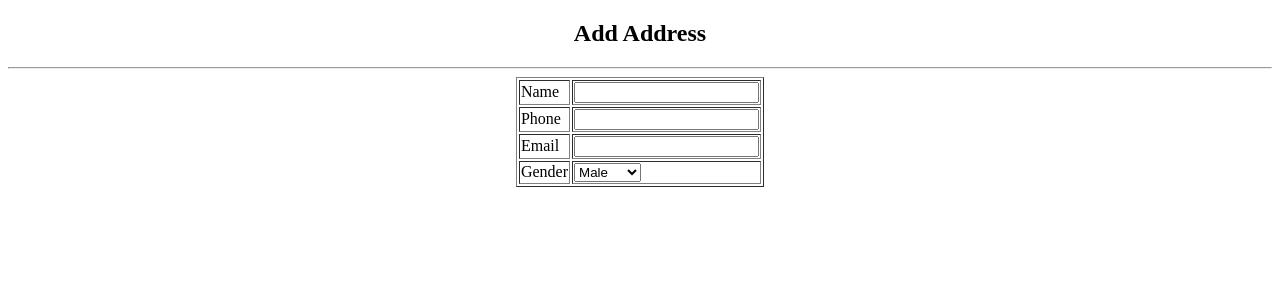
Repository: HyeonbinSa/JSPBook
Page: jspbook/WebContent/address/addr_form.html
An editor plug-in stored every save of this project. The page is shown before and after the next save, followed by the edit.
The browser window is 1280 px wide. The pictures show the whole page.

Above is the page before, as saved 2020-01-03 12:38:54.

After the next save:
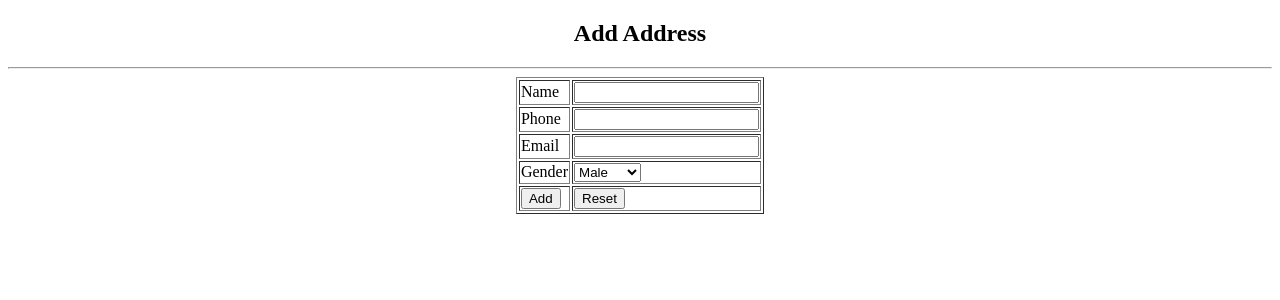
Saved 2 min 0 s later.
--- a/jspbook/WebContent/address/addr_form.html
+++ b/jspbook/WebContent/address/addr_form.html
@@ -8,6 +8,7 @@
 <div align="center">
 <h2>Add Address</h2>
 <hr>
+<form name="addAddress" action="addr_add.jsp">
 <table border="1">
 <tr>
 <td>Name</td>
@@ -30,7 +31,12 @@
 </select>
 </td>
 </tr>
+<tr>
+<td><input type="submit" value="Add"></td>
+<td><input type="reset" valuse="reset"></td>
+</tr>
 </table>
+</form>
 </div>
 
 </body>
